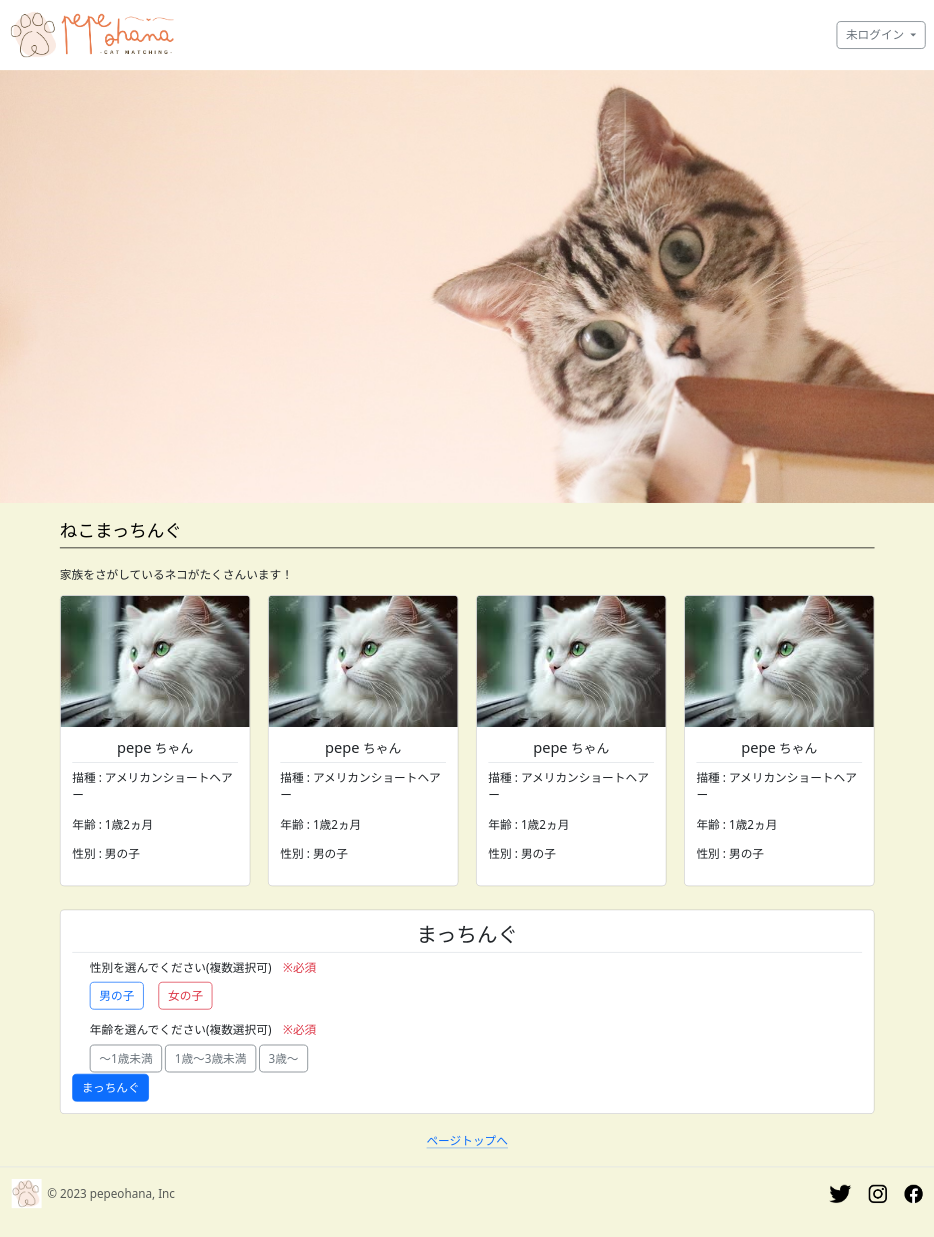
Repository: sakuwell/pepe
Page: http://localhost/PepeOhana/
An editor plug-in stored every save of this project. The page is shown before and after the next save, followed by the edit.
The browser window is 1280 px wide. The pictures show the whole page, at 73% of full size.
The page is served by Tomcat 9. Other server files are loaded and not shown.

Above is the page before, as saved 2023-09-06 06:30:18.

### ExWorkSpace/PepeOhana/src/main/webapp/index.jsp
<%@ page language="java" contentType="text/html; charset=UTF-8"
    pageEncoding="UTF-8"%>
<%@ page import="model.UsersInfoDto" %>

<!DOCTYPE html>
<html lang="ja">
<head>
    <meta charset="UTF-8">
    <meta name="viewport" content="width=device-width, initial-scale=1.0">
    <!-- Bootstrap CSS -->
    <link href="https://cdn.jsdelivr.net/npm/bootstrap@5.3.0/dist/css/bootstrap.min.css" rel="stylesheet" integrity="sha384-9ndCyUaIbzAi2FUVXJi0CjmCapSmO7SnpJef0486qhLnuZ2cdeRhO02iuK6FUUVM" crossorigin="anonymous">
    <script src="https://cdn.jsdelivr.net/npm/bootstrap@5.3.0/dist/js/bootstrap.bundle.min.js" integrity="sha384-geWF76RCwLtnZ8qwWowPQNguL3RmwHVBC9FhGdlKrxdiJJigb/j/68SIy3Te4Bkz" crossorigin="anonymous"></script>
    <title>Top | pepeohana</title>
</head>

<%
    // セッションを取得
	UsersInfoDto userInfoOnSession = (UsersInfoDto)session.getAttribute("LOGIN_INFO");
	boolean isLoggedIn = false;
	String userName = "";
	//HttpSession mysession = request.getSession(true);

    // セッションが存在し、username属性もセットされている場合はログイン済み
    if (userInfoOnSession != null) {
		userName = userInfoOnSession.getUserName();
        isLoggedIn = true;
    }
%>

<body  style="background-color:beige;">
	<% if (isLoggedIn) { %>
    <!-- ログイン済ヘッダー -->
    <nav class="navbar navbar-expand-lg navbar-light bg-white">
        <div class="container-fluid">
            <a class="navbar-brand" href="index.jsp">
                <img src="images/pepe_ohana_logo.png" alt="ページロゴ" width="auto" height="70">
            </a>
            <div class="btn-group">
                <button type="button" class="btn btn-secondary dropdown-toggle" data-bs-toggle="dropdown" aria-expanded="false">
                    userName
                </button>
                <ul class="dropdown-menu dropdown-menu-end">
                    <li><a class="dropdown-item" href="<%=request.getContextPath()%>/ExeMyPage">マイページ</a></li>
                    <li><a class="dropdown-item" href="<%=request.getContextPath()%>/ExeLogout">ログアウト</a></li>
                </ul>
            </div>
        </div>
    </nav>
    <!-- ログイン済ヘッダーここまで -->
    <% } else { %>
    <!-- 未ログインヘッダー -->
    <nav class="navbar navbar-expand-lg navbar-light bg-white">
    	<div class="container-fluid">
        	<a class="navbar-brand" href="index.jsp">
          		<img src="images/pepe_ohana_logo.png" alt="ページロゴ" width="auto" height="70">
          	</a>
         	<div class="btn-group">
            	<button type="button" class="btn btn-outline-secondary dropdown-toggle" data-bs-toggle="dropdown" aria-expanded="false">
             		 未ログイン
            	</button>
            	<ul class="dropdown-menu dropdown-menu-end">
              		<li><a class="dropdown-item" href="jsp/Login.jsp">ログイン</a></li>
              		<li><a class="dropdown-item" href="jsp/registUser.jsp">新規ユーザー登録</a></li>
            	</ul>
          	</div>
        </div>
    </nav>
    <!-- 未ログインヘッダーここまで -->
    <% } %>


    <!-- ヒーロー画像 -->
    <img class="img-fluid mb-4" src="images/hero_index.jpg"  alt="index画像" style="max-height:600px; width:100%; object-fit: cover;">

    <!-- ここから下　ページごとの内容 -->
    <div class="container">
        <div class="h4 pb-2 mb-4 text-black border-bottom border-black">
            ねこまっちんぐ
        </div>
            <p>家族をさがしているネコがたくさんいます！</p>
        <!-- 猫カードエリア -->
        <div class="row">
           <!-- カードのコンテンツ1 -->
           <div class="col-6 col-md-4 col-lg-3">
                <div class="card mb-3">
                	<img src="images/cat_2.jpg" style="height:180px; width: 100%; object-fit: cover;" class="card-img-top" alt="猫画像">
                    <div class="card-body">
                        <h5 class="card-title text-center border-bottom pb-2">pepe<small> ちゃん</small></h5>
                        <p class="card-text text-right">描種 : アメリカンショートヘアー</p>
                        <p class="card-text text-right">年齢 : 1歳2ヵ月</p>
                        <p class="card-text text-right">性別 : 男の子</p>
                        <div class="d-flex justify-content-center">
                            <a href="#" class="stretched-link"></a>
                        </div>
                    </div>
                </div>
            </div>
           <!-- カードのコンテンツ2 -->
           <div class="col-6 col-md-4 col-lg-3">
                <div class="card mb-3">
                	<img src="images/cat_2.jpg" style="height:180px; width: 100%; object-fit: cover;" class="card-img-top" alt="猫画像">
                    <div class="card-body">
                        <h5 class="card-title text-center border-bottom pb-2">pepe<small> ちゃん</small></h5>
                        <p class="card-text text-right">描種 : アメリカンショートヘアー</p>
                        <p class="card-text text-right">年齢 : 1歳2ヵ月</p>
                        <p class="card-text text-right">性別 : 男の子</p>
                        <div class="d-flex justify-content-center">
                            <a href="#" class="stretched-link"></a>
                        </div>
                    </div>
                </div>
            </div>
           <!-- カードのコンテンツ3 -->
           <div class="col-6 col-md-4 col-lg-3">
                <div class="card mb-3">
                	<img src="images/cat_2.jpg" style="height:180px; width: 100%; object-fit: cover;" class="card-img-top" alt="猫画像">
                    <div class="card-body">
                        <h5 class="card-title text-center border-bottom pb-2">pepe<small> ちゃん</small></h5>
                        <p class="card-text text-right">描種 : アメリカンショートヘアー</p>
                        <p class="card-text text-right">年齢 : 1歳2ヵ月</p>
                        <p class="card-text text-right">性別 : 男の子</p>
                        <div class="d-flex justify-content-center">
                            <a href="#" class="stretched-link"></a>
                        </div>
                    </div>
                </div>
            </div>
           <!-- カードのコンテンツ4 -->
           <div class="col-6 col-md-4 col-lg-3">
                <div class="card mb-3">
                	<img src="images/cat_2.jpg" style="height:180px; width: 100%; object-fit: cover;" class="card-img-top" alt="猫画像">
                     <div class="card-body">
                         <h5 class="card-title text-center border-bottom pb-2">pepe<small> ちゃん</small></h5>
                         <p class="card-text text-right">描種 : アメリカンショートヘアー</p>
                         <p class="card-text text-right">年齢 : 1歳2ヵ月</p>
                         <p class="card-text text-right">性別 : 男の子</p>
                         <div class="d-flex justify-content-center">
                             <a href="#" class="stretched-link"></a>
                         </div>
                     </div>
                 </div>
            </div>
		</div>

        <!-- 検索フォームエリア -->
        <div class="card mt-3 p-3">
         	<form action="SearchCat">
         		<h3 class="border-bottom pb-2" style="text-align:center;">まっちんぐ</h3>
         		<div class="form-check">
					<label for="" class="form-label">性別を選んでください(複数選択可)<span class="text-danger">　※必須</span></label><br>
	         		<input type="checkbox" class="btn-check" id="gender_1" autocomplete="off">
					<label class="btn btn-outline-primary" for="gender_1">男の子</label>
	         		<input type="checkbox" class="btn-check" id="gender_2" autocomplete="off">
					<label class="btn btn-outline-danger ms-3" for="gender_2">女の子</label>
				</div>
         		<div class="form-check mt-3">
					<label for="" class="form-label">年齢を選んでください(複数選択可)<span class="text-danger">　※必須</span></label><br>
	         		<input type="checkbox" class="btn-check" id="age_1" autocomplete="off">
					<label class="btn btn-outline-secondary" for="age_1">～1歳未満</label>
	         		<input type="checkbox" class="btn-check" id="age_2" autocomplete="off">
					<label class="btn btn-outline-secondary" for="age_2">1歳～3歳未満</label>
	         		<input type="checkbox" class="btn-check" id="age_3" autocomplete="off">
					<label class="btn btn-outline-secondary" for="age_3">3歳～</label>
				</div>
				<button type="submit" class="btn btn-primary">まっちんぐ</button>
			</form>
		</div>

	</div>
    <!-- ここまで　ページごとの内容 -->

    <!-- フッター -->
    <div class="text-center mt-4">
        <a class="icon-link icon-link-hover" href="#">
            ページトップへ
        </a>
	</div>
	<footer class="d-flex flex-wrap justify-content-between align-items-center py-3 my-4 border-top">
    	<div class="col-md-4 d-flex align-items-center ms-3">
        	<a href="index.jsp" class="mb-3 me-2 mb-md-0"><img alt="ロゴ画像" src="images/nikukyu_logo.png" width="auto" height="40"></a>
          	<span class="mb-3 mb-md-0 text-body-secondary">© 2023 pepeohana, Inc</span>
        </div>
        <ul class="nav col-md-4 justify-content-end list-unstyled d-flex me-3">
            <li><a href="#"><img src=images/twitter_logo.png width="auto" height="25"></a></li>
            <li class="ms-4"><a href="#"><img src=images/insta_logo.png width="auto" height="25"></a></li>
            <li class="ms-4"><a href="#"><img src=images/facebook_logo.png width="auto" height="25"></a></li>
        </ul>
	</footer>
    <!-- フッター　ここまで -->

</body>
</html>

After the next save:
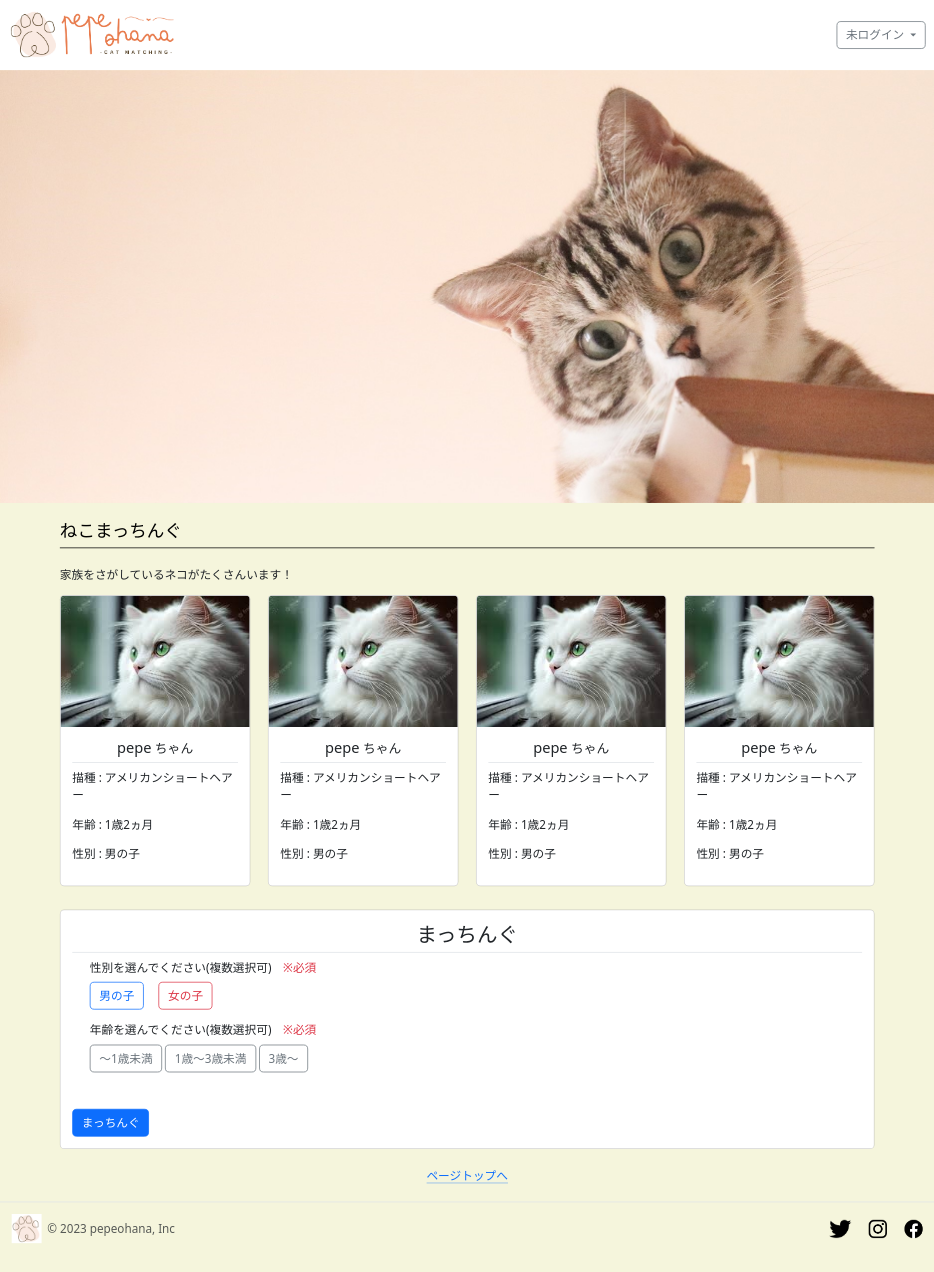
Saved 18 s later.
--- a/ExWorkSpace/PepeOhana/src/main/webapp/index.jsp
+++ b/ExWorkSpace/PepeOhana/src/main/webapp/index.jsp
@@ -162,7 +162,7 @@
 	         		<input type="checkbox" class="btn-check" id="age_3" autocomplete="off">
 					<label class="btn btn-outline-secondary" for="age_3">3歳～</label>
 				</div>
-				<button type="submit" class="btn btn-primary">まっちんぐ</button>
+				<button type="submit" class="btn btn-primary mt-5">まっちんぐ</button>
 			</form>
 		</div>
 
